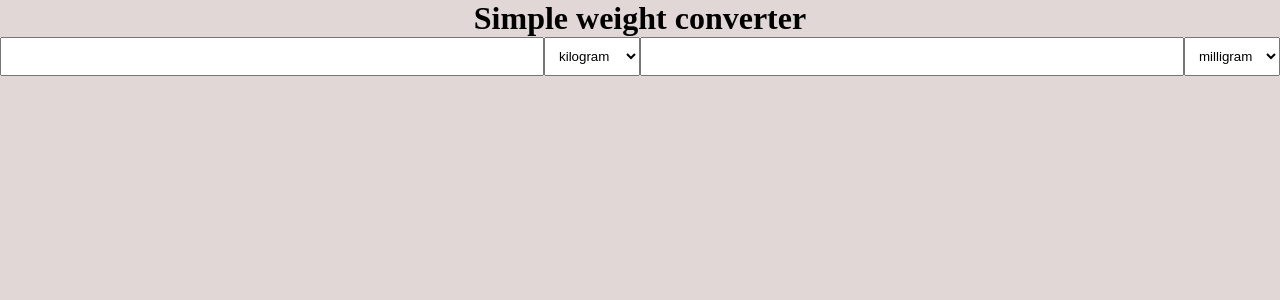
Repository: Eugene44-hub/weight-converter
Page: index.html
These files come from the project's save history. The page is drawn as it stood at one moment and after the next save; the edit follows.
The browser window is 1280 px wide. The pictures show the whole page.

Above is the page before, as saved 2021-09-20 04:47:44.

After the next save:
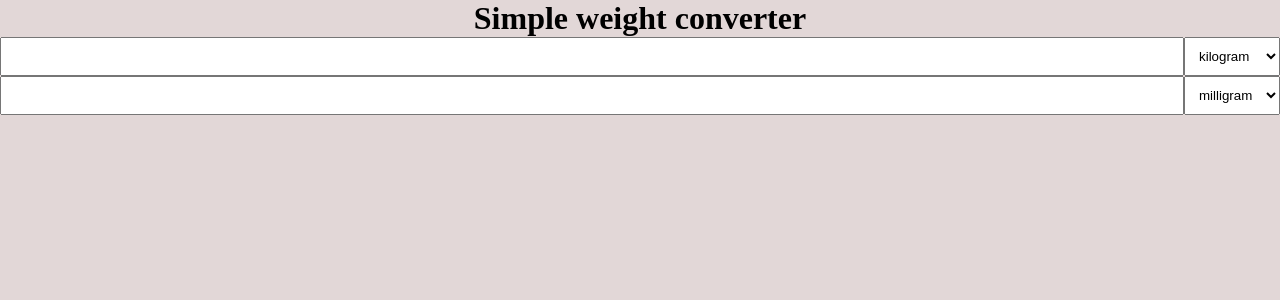
Saved 6 s later.
--- a/style.css
+++ b/style.css
@@ -10,7 +10,7 @@
 input {
     padding: 10px;
     flex: 1;
-    flex: ;
+    flex: 80%;
 }
 
 h1 {

After the 2 saves that followed:
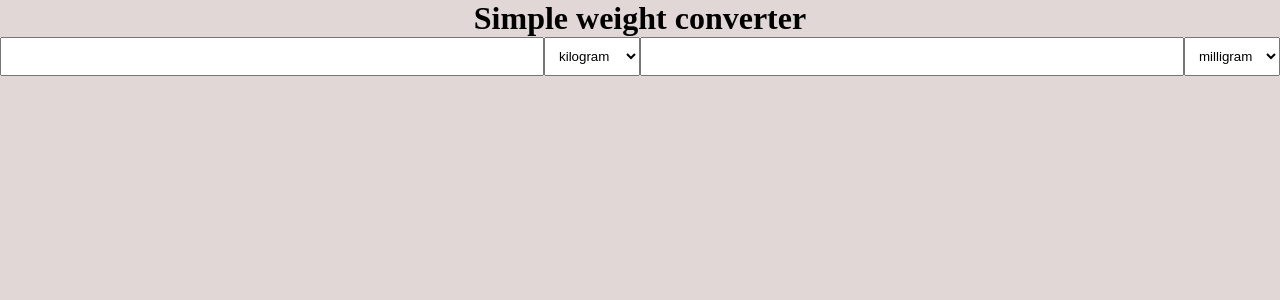
The 2 saves are shown as one change because they came seconds apart.
The last was saved 11 s later.
--- a/style.css
+++ b/style.css
@@ -10,7 +10,7 @@
 input {
     padding: 10px;
     flex: 1;
-    flex: 80%;
+    flex: 40%;
 }
 
 h1 {
